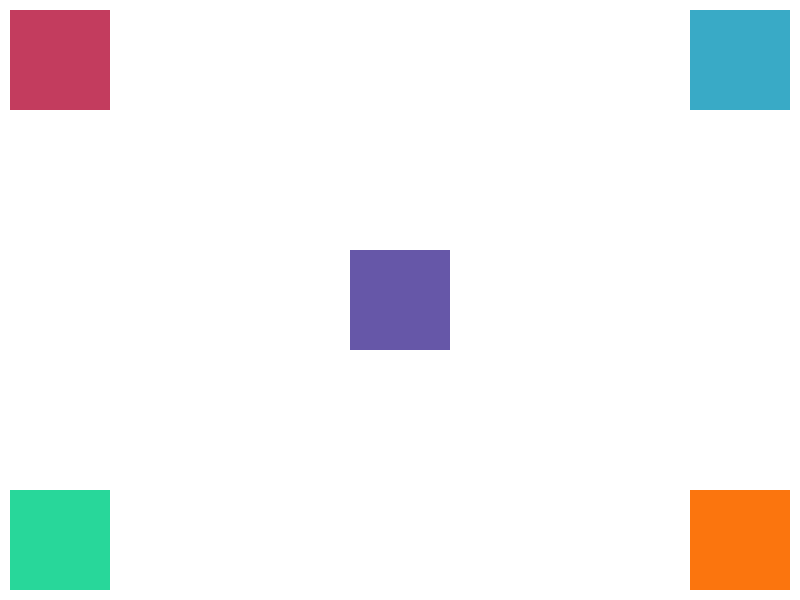
Repository: AlanVidalll/Curso-Java-Completo
Program's window: java exercicios-javafx/src/layout/AppLayout.java
These files come from the project's save history. The program's window is drawn as it stood at one moment and after a run of saves; the edit follows.
It runs on Java 21 on a 1366 x 768 screen with JavaFX 11; the title bar is not drawn.

Above is the program's window before, as saved 2020-04-11 13:13:26.

### exercicios-javafx/src/layout/AppLayout.java
package layout;

import javafx.application.Application;
import javafx.scene.Scene;
import javafx.stage.Stage;

public class AppLayout extends Application {

	@Override
	public void start(Stage primaryStage) throws Exception {

		Scene principal = new Scene(new TesteAnchorPane(),800,600);

		primaryStage.setScene(principal);
		primaryStage.setTitle("Gerenciadores de Layout");
		primaryStage.show();
	}

	public static void main(String[] args) {
		launch(args);
	}

}

### exercicios-javafx/src/layout/TesteAnchorPane.java
package layout;

import javafx.geometry.Pos;
import javafx.scene.layout.AnchorPane;
import javafx.scene.layout.HBox;

public class TesteAnchorPane extends AnchorPane {

	public TesteAnchorPane() {

		Quadrado q1 = new Quadrado();
		setTopAnchor(q1, 10.0);
		setLeftAnchor(q1, 10.0);

		Quadrado q2 = new Quadrado();
		setTopAnchor(q2, 10.0);
		setRightAnchor(q2, 10.0);

		Quadrado q3 = new Quadrado();
		setBottomAnchor(q3, 10.0);
		setLeftAnchor(q3, 10.0);

		Quadrado q4 = new Quadrado();
		setBottomAnchor(q4, 10.0);
		setRightAnchor(q4, 10.0);


		HBox centro = new HBox();
		centro.setAlignment(Pos.CENTER);
		setTopAnchor(centro, 110.0);
		setBottomAnchor(centro, 110.0);
		setLeftAnchor(centro, 110.0);
		setRightAnchor(centro, 110.0);

		Quadrado q5 = new Quadrado();
		centro.getChildren().add(q5);

		getChildren().addAll(q1,q2,q3,q4,centro);
	}


}

### exercicios-javafx/src/layout/Quadrado.java
package layout;

import javafx.scene.paint.Color;
import javafx.scene.shape.Rectangle;

public class Quadrado extends Rectangle {

	private static int i = 0;

	private String[] cores = {
			"c33c5e", "39aac6",
			"28d79a", "fb750e",
			"6657a8", "f9060e"

	};

	public Quadrado() {
		this(100, 100);
	}

	public Quadrado(int largura, int altura) {

		setWidth(largura);
		setHeight(altura);

		setFill(Color.web(cores[i]));
		;
		i++;
		if (i == 6)
			i = 0;
	}

}

### exercicios-javafx/src/layout/TesteBorderPane.java
package layout;

public class TesteBorderPane {

}

### exercicios-javafx/src/layout/Caixa.java
package layout;

import javafx.geometry.Insets;
import javafx.geometry.Pos;
import javafx.scene.control.Label;
import javafx.scene.layout.Background;
import javafx.scene.layout.BackgroundFill;
import javafx.scene.layout.CornerRadii;
import javafx.scene.layout.HBox;
import javafx.scene.paint.Color;
import javafx.scene.text.Font;

public class Caixa extends HBox {

	private static int i = 0;

	private String[] cores = { "c33c5e", "39aac6", "28d79a", "fb750e", "6657a8", "f9060e"

	};

	public Caixa() {
		this(100, 100);
	}

	public Caixa(int largura, int altura) {
		setAlignment(Pos.CENTER);
		setMinWidth(largura);
		setMinHeight(altura);

		BackgroundFill fill =
				new BackgroundFill(Color.web(cores[i]),
						CornerRadii.EMPTY, Insets.EMPTY);
		setBackground(new Background(fill));
		i++;
		if(i == 6) i= 0;
	}

	public Caixa comTexto(String texto) {
		Label label = new Label(texto);
		label.setFont(new Font(24));
		getChildren().add(label);
		return this;
	}

}

After the next 2 saves:
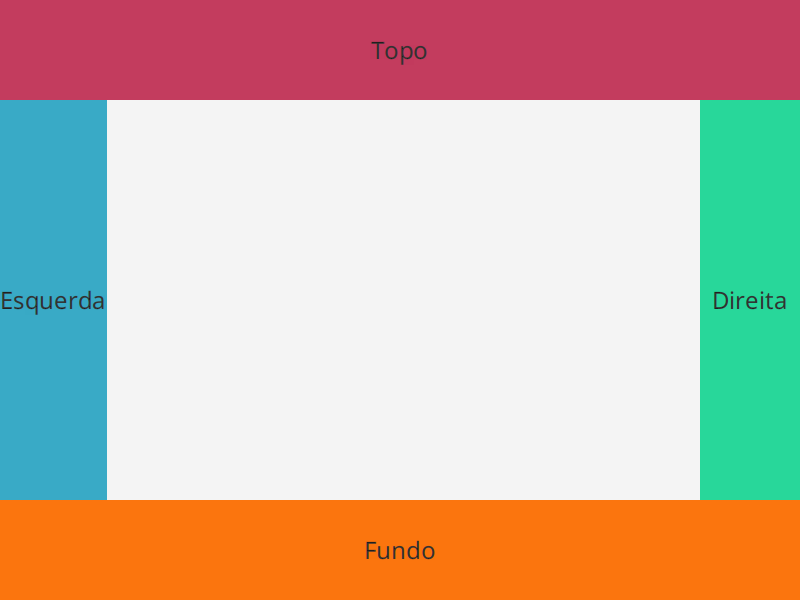
The 2 saves are shown as one change because 1 did not build or start.
The last was saved 9 min 0 s later.
--- a/exercicios-javafx/src/layout/AppLayout.java
+++ b/exercicios-javafx/src/layout/AppLayout.java
@@ -1,6 +1,7 @@
 package layout;
 
 import javafx.application.Application;
+import javafx.scene.Parent;
 import javafx.scene.Scene;
 import javafx.stage.Stage;
 
@@ -8,8 +9,13 @@
 
 	@Override
 	public void start(Stage primaryStage) throws Exception {
+		Parent raiz = null;
 
-		Scene principal = new Scene(new TesteAnchorPane(),800,600);
+		//raiz = new TesteAnchorPane();
+		raiz = new TesteBorderPane();
+
+		//Scene principal = new Scene(new TesteAnchorPane(),800,600);
+		Scene principal = new Scene(raiz,800,600);
 
 		primaryStage.setScene(principal);
 		primaryStage.setTitle("Gerenciadores de Layout");
--- a/exercicios-javafx/src/layout/TesteBorderPane.java
+++ b/exercicios-javafx/src/layout/TesteBorderPane.java
@@ -1,5 +1,19 @@
 package layout;
 
-public class TesteBorderPane {
+import javafx.scene.layout.BorderPane;
 
+public class TesteBorderPane extends BorderPane {
+
+	public TesteBorderPane () {
+
+
+		Caixa c1 = new Caixa().comTexto("Topo");
+		setTop(c1);
+		Caixa c2 = new Caixa().comTexto("Esquerda");
+		setLeft(c2);
+		Caixa c3 = new Caixa().comTexto("Direita");
+		setRight(c3);
+		Caixa c4 = new Caixa().comTexto("Fundo");
+		setBottom(c4);
+	}
 }
